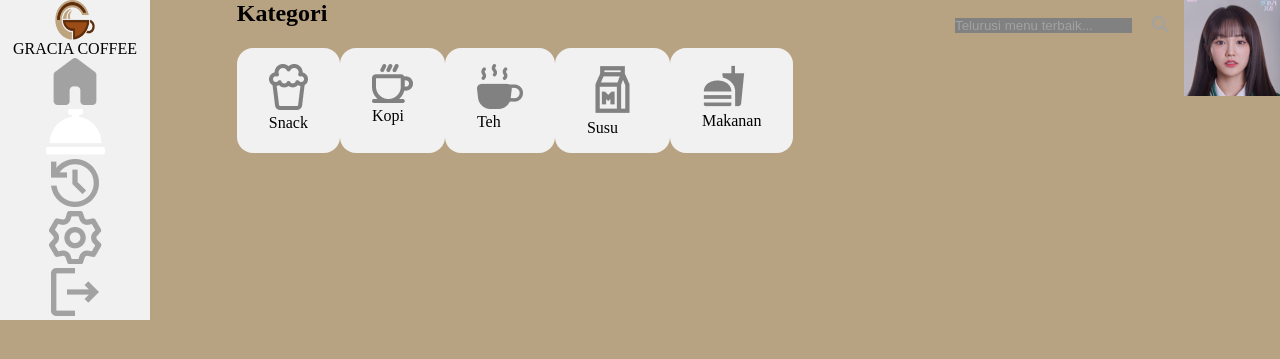
Repository: DanielChuaaa/sbd2
Page: index.html
The author's editor kept a copy of each file at every save. The page is drawn from the files as they stood at one save, then again after the next save.
The browser window is 1280 px wide. The pictures show the whole page.
Some web libraries are served in a nearby version.

Above is the page before, as saved 2023-10-20 10:45:36.

After the next save:
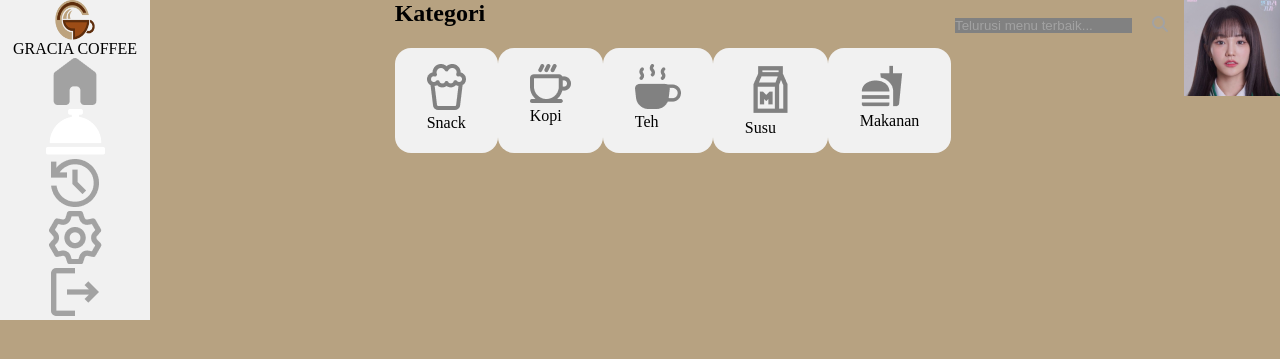
Saved 13 s later.
--- a/style.css
+++ b/style.css
@@ -26,7 +26,7 @@ body{
 
 .grid-wrapper{
     display: grid;
-    grid-template-columns: 0.5fr 2fr auto;
+    grid-template-columns: 0.5fr 1fr auto;
 }
 
 .icon{
